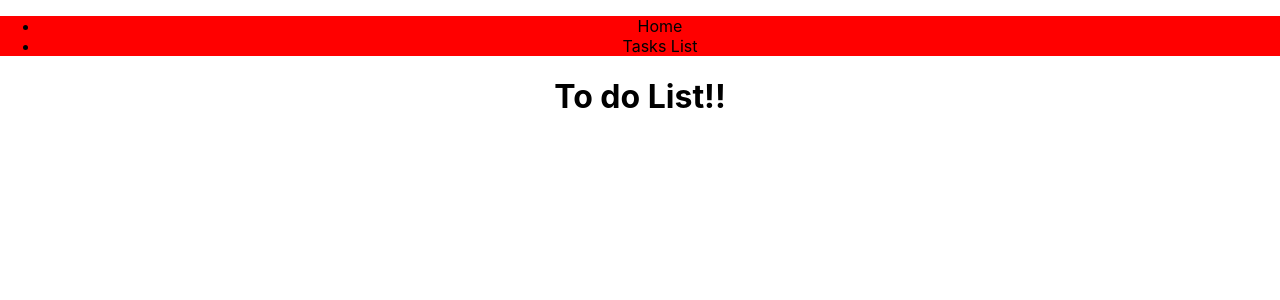
Repository: runner855/abstract_todolist
Page: /
These files come from the project's save history. The page is drawn as it stood at one moment and after the next save; the edit follows.
The browser window is 1280 px wide. The pictures show the whole page.
The project was rebuilt for these pictures with package versions that can differ from the ones it lists, and the page was loaded fresh each time.

Above is the page before, as saved 2022-11-08 15:14:18.

### src/App.tsx
import React from "react";
import { Header } from "./Header";
import "./App.css";

export const App = () => {
  return (
    <div className="App">
      <Header />
      <h1>To do List!!</h1>
    </div>
  );
};

### src/Header.tsx
import * as React from "react";
import "./Header.css";

export const Header = () => {
  return (
    <div className="home">
      <ul>
        <li>Home</li>
        <li>Tasks List</li>
      </ul>
    </div>
  );
};

### src/Header.css
ul{
    background-color: red;
}

Loaded but not shown: public/index.html (common file); src/index.tsx (common file); src/index.css (common file); src/App.css (common file)

After the next save:
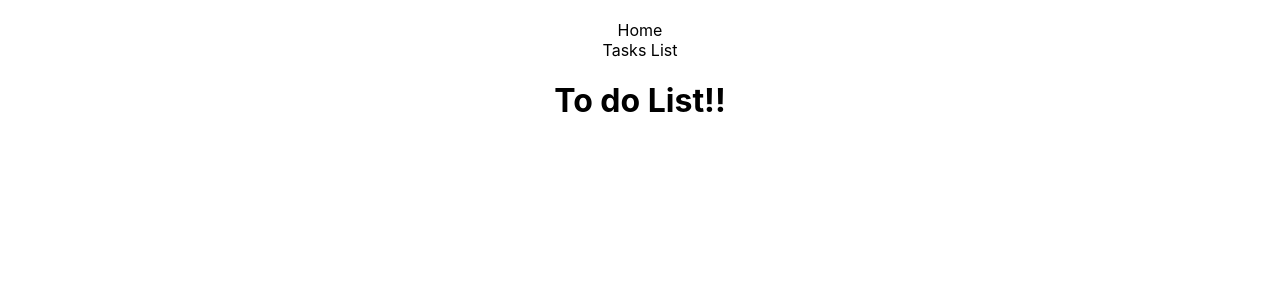
Saved 17 s later.
--- a/src/Header.css
+++ b/src/Header.css
@@ -1,3 +1,3 @@
 ul{
-    background-color: red;
+    display: inline;
 }
